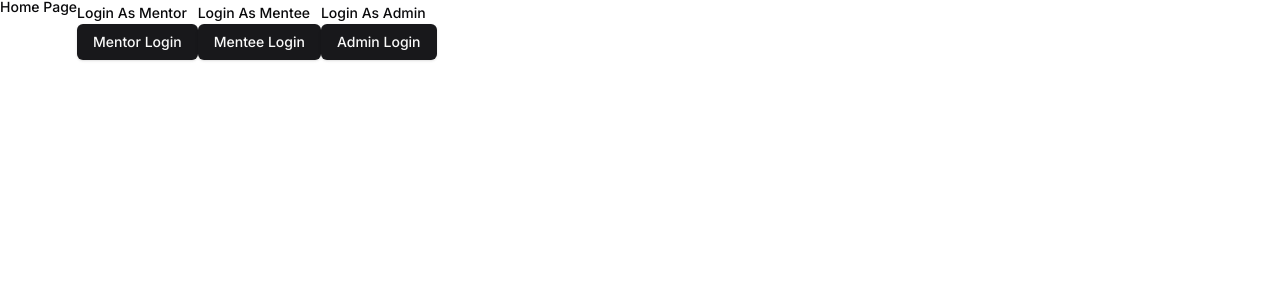
Repository: gauravbhindwar/mentorlink
Page: /
The author's editor kept a copy of each file at every save. The page is drawn from the files as they stood at one save, then again after the next save.
The browser window is 1280 px wide. The pictures show the whole page.
The project was rebuilt for these pictures with package versions that can differ from the ones it lists, and the page was loaded fresh each time. The framework's server and built-in components were replaced by stand-ins that run in the browser. Also part of the build but not shown: next.config.js, next.config.ts.

Above is the page before, as saved 2024-11-06 12:30:47.

### src/app/layout.tsx
import type { Metadata } from "next";
import { Inter } from "next/font/google";
import "./globals.css";

const inter = Inter({ subsets: ["latin"] });

export const metadata: Metadata = {
  title: "Faculty Subject Selector",
  description: "By: MUJ",
};

export default function RootLayout({
  children,
}: Readonly<{
  children: React.ReactNode;
}>) {
  return (
    <html lang="en" suppressHydrationWarning>
      <body className={inter.className} suppressHydrationWarning>
        <div>{children}</div>
      </body>
    </html>
  );
}

### src/app/page.tsx
import HomePage from "@/components/HomePage/HomePage";
export default function Home() {
  return (
    <div>
      <HomePage />
    </div>
  );
}

### src/components/HomePage/HomePage.jsx
import React from 'react'
import { Button } from '../ui/button'
import { Label } from '@/components/ui/label';

const HomePage = () => {
    return (
        <div className='flex flex-row gap 2'>
            <Label>Home Page</Label>

            <div>
                <div>
                    <Label>Login As Mentor</Label>
                </div>
                <Button>Mentor Login</Button>
            </div>
            <div>
                <div>
                    <Label>Login As Mentee</Label>
                </div>
                <Button>Mentee Login</Button>
            </div>
            <div>
                <div>
                    <Label>Login As Admin</Label>
                </div>
                <Button>Admin Login</Button>
            </div>
        </div>
    )
}

export default HomePage

### src/components/ui/button.tsx
import * as React from "react"
import { Slot } from "@radix-ui/react-slot"
import { cva, type VariantProps } from "class-variance-authority"

import { cn } from "@/lib/utils"

const buttonVariants = cva(
  "inline-flex items-center justify-center gap-2 whitespace-nowrap rounded-md text-sm font-medium transition-colors focus-visible:outline-none focus-visible:ring-1 focus-visible:ring-ring disabled:pointer-events-none disabled:opacity-50 [&_svg]:pointer-events-none [&_svg]:size-4 [&_svg]:shrink-0",
  {
    variants: {
      variant: {
        default:
          "bg-primary text-primary-foreground shadow hover:bg-primary/90",
        destructive:
          "bg-destructive text-destructive-foreground shadow-sm hover:bg-destructive/90",
        outline:
          "border border-input bg-background shadow-sm hover:bg-accent hover:text-accent-foreground",
        secondary:
          "bg-secondary text-secondary-foreground shadow-sm hover:bg-secondary/80",
        ghost: "hover:bg-accent hover:text-accent-foreground",
        link: "text-primary underline-offset-4 hover:underline",
      },
      size: {
        default: "h-9 px-4 py-2",
        sm: "h-8 rounded-md px-3 text-xs",
        lg: "h-10 rounded-md px-8",
        icon: "h-9 w-9",
      },
    },
    defaultVariants: {
      variant: "default",
      size: "default",
    },
  }
)

export interface ButtonProps
  extends React.ButtonHTMLAttributes<HTMLButtonElement>,
    VariantProps<typeof buttonVariants> {
  asChild?: boolean
}

const Button = React.forwardRef<HTMLButtonElement, ButtonProps>(
  ({ className, variant, size, asChild = false, ...props }, ref) => {
    const Comp = asChild ? Slot : "button"
    return (
      <Comp
        className={cn(buttonVariants({ variant, size, className }))}
        ref={ref}
        {...props}
      />
    )
  }
)
Button.displayName = "Button"

export { Button, buttonVariants }

### src/components/ui/label.tsx
"use client"

import * as React from "react"
import * as LabelPrimitive from "@radix-ui/react-label"
import { cva, type VariantProps } from "class-variance-authority"

import { cn } from "@/lib/utils"

const labelVariants = cva(
  "text-sm font-medium leading-none peer-disabled:cursor-not-allowed peer-disabled:opacity-70"
)

const Label = React.forwardRef<
  React.ElementRef<typeof LabelPrimitive.Root>,
  React.ComponentPropsWithoutRef<typeof LabelPrimitive.Root> &
    VariantProps<typeof labelVariants>
>(({ className, ...props }, ref) => (
  <LabelPrimitive.Root
    ref={ref}
    className={cn(labelVariants(), className)}
    {...props}
  />
))
Label.displayName = LabelPrimitive.Root.displayName

export { Label }

Loaded but not shown: src/app/globals.css (common file); src/lib/utils.ts (common file); tailwind.config.ts (common file)

After the next save:
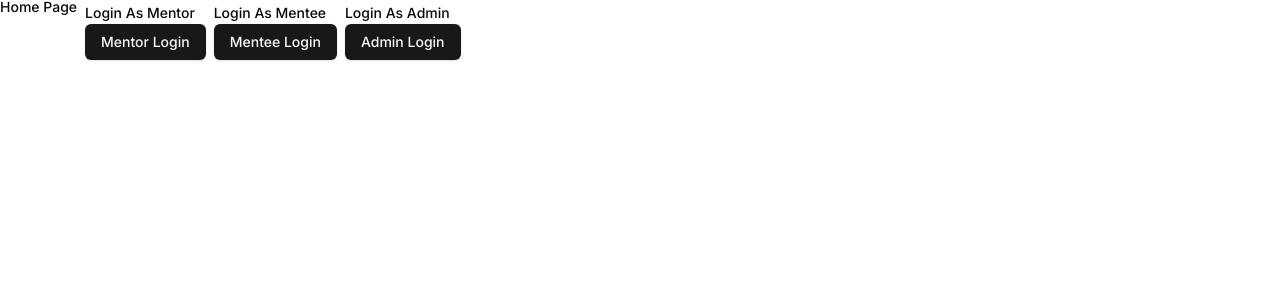
Saved 8 s later.
--- a/src/components/HomePage/HomePage.jsx
+++ b/src/components/HomePage/HomePage.jsx
@@ -4,7 +4,7 @@
 
 const HomePage = () => {
     return (
-        <div className='flex flex-row gap 2'>
+        <div className='flex flex-row gap-2'>
             <Label>Home Page</Label>
 
             <div>
